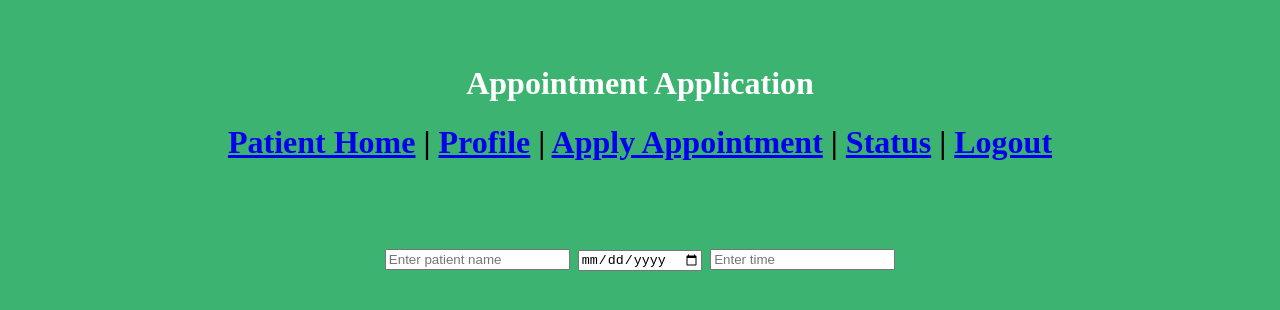
Repository: lsamirl/Exemples
Page: http://localhost/Doctor/apply.jsp
These files come from the project's save history. The page is drawn as it stood at one moment and after the next save; the edit follows.
The browser window is 1280 px wide. The pictures show the whole page.
The page is served by Tomcat 9. Other server files are loaded and not shown.

Above is the page before, as saved 2021-07-03 23:59:22.

### Doctor/WebContent/apply.jsp
<html>
<body bgcolor="MediumSeaGreen ">
<br><br>
<h1 align="center" style="color:white;">Appointment Application</h1>

<h1 align="center">
<a href="Patient_home.html">Patient Home</a> |
<a href="profile.jsp">Profile</a> |
<a href="apply.jsp">Apply Appointment</a> |
<a href="#">Status</a> |
<a href="index.html">Logout</a>

<br><br><br>
<form action ="apply_appointment.jsp">
<input type="text" name "patient" placeholder="Enter patient name">
<input type="date" name ="doa" placeholde="Select">
<input type="text" name="toa" placeholder="Enter time"
</form>
</h1>
</body>
</html>

After the next save:
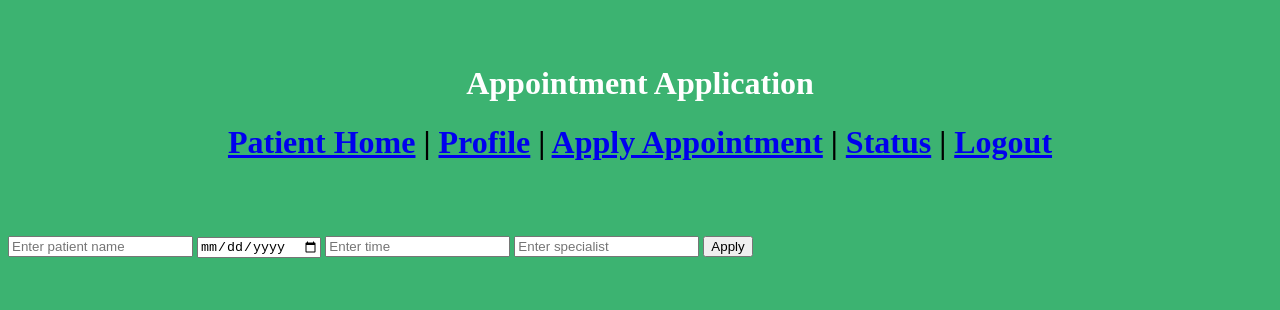
Saved 5 min 49 s later.
--- a/Doctor/WebContent/apply.jsp
+++ b/Doctor/WebContent/apply.jsp
@@ -9,13 +9,14 @@
 <a href="apply.jsp">Apply Appointment</a> |
 <a href="#">Status</a> |
 <a href="index.html">Logout</a>
-
+</h1>
 <br><br><br>
 <form action ="apply_appointment.jsp">
-<input type="text" name "patient" placeholder="Enter patient name">
-<input type="date" name ="doa" placeholde="Select">
-<input type="text" name="toa" placeholder="Enter time"
+<input type ="text"  	name 	="patient" 	placeholder	="Enter patient name">
+<input type ="date"  	name 	="doa"  		placeholder ="Select">
+<input type ="text"  	name 	="toa" 		placeholder ="Enter time">
+<input type ="text"  	name	="specialisation" 	placeholder	="Enter specialist">
+<input type ="submit" value="Apply">
 </form>
-</h1>
 </body>
 </html>
